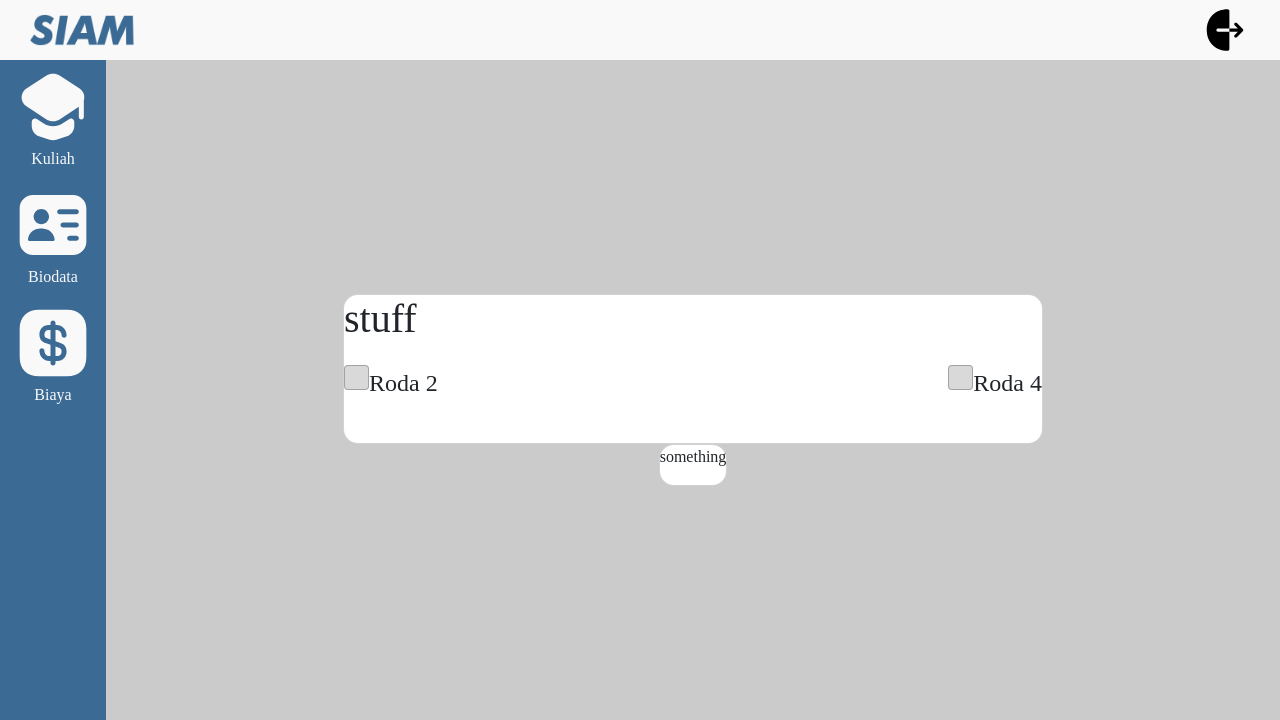
Repository: haikalirf/Project-IMK
Page: parkir.html
The author's editor kept a copy of each file at every save. The page is drawn from the files as they stood at one save, then again after the next save.
The browser window is 1280 px wide. The pictures show the whole page.
Some web fonts or font styles are not loaded; a fallback is used.

Above is the page before, as saved 2022-12-12 22:30:48.

After the next save:
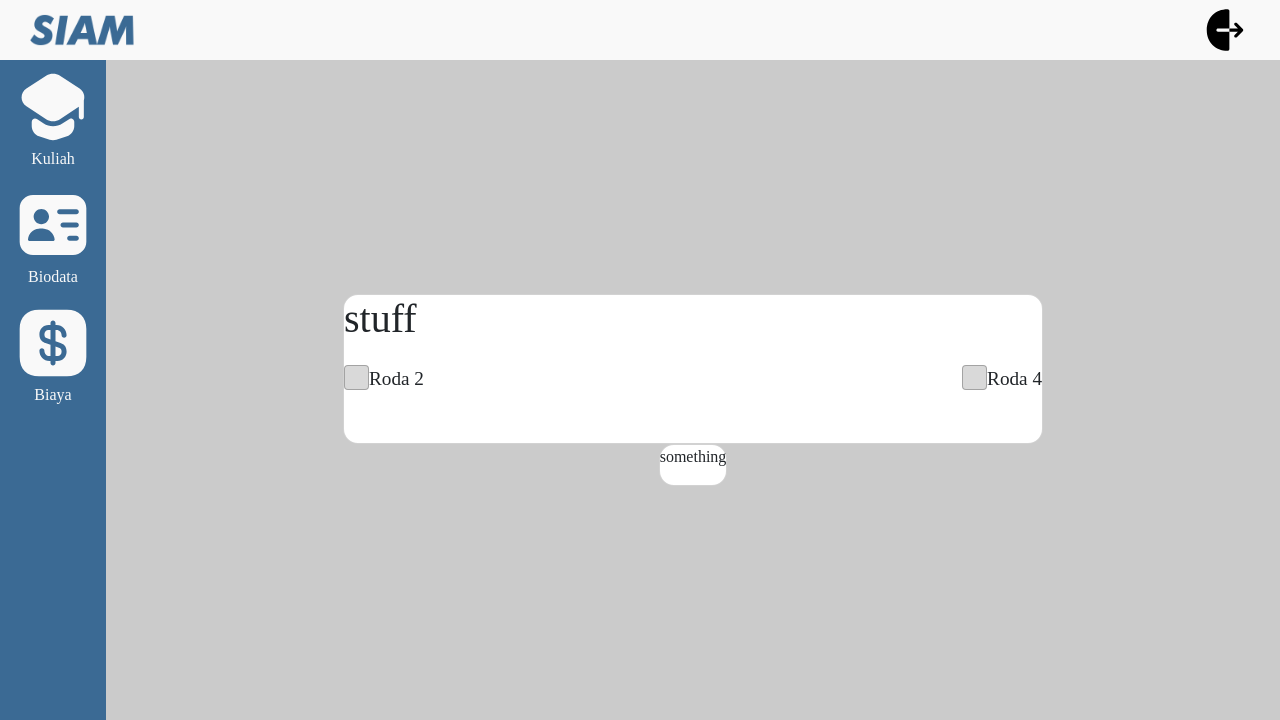
Saved 13 s later.
--- a/styles/parkir.css
+++ b/styles/parkir.css
@@ -109,5 +109,5 @@ a img, a label {
 }
 
 .label-roda {
-	font-size: 1.5em;
+	font-size: 1.2em;
 }
